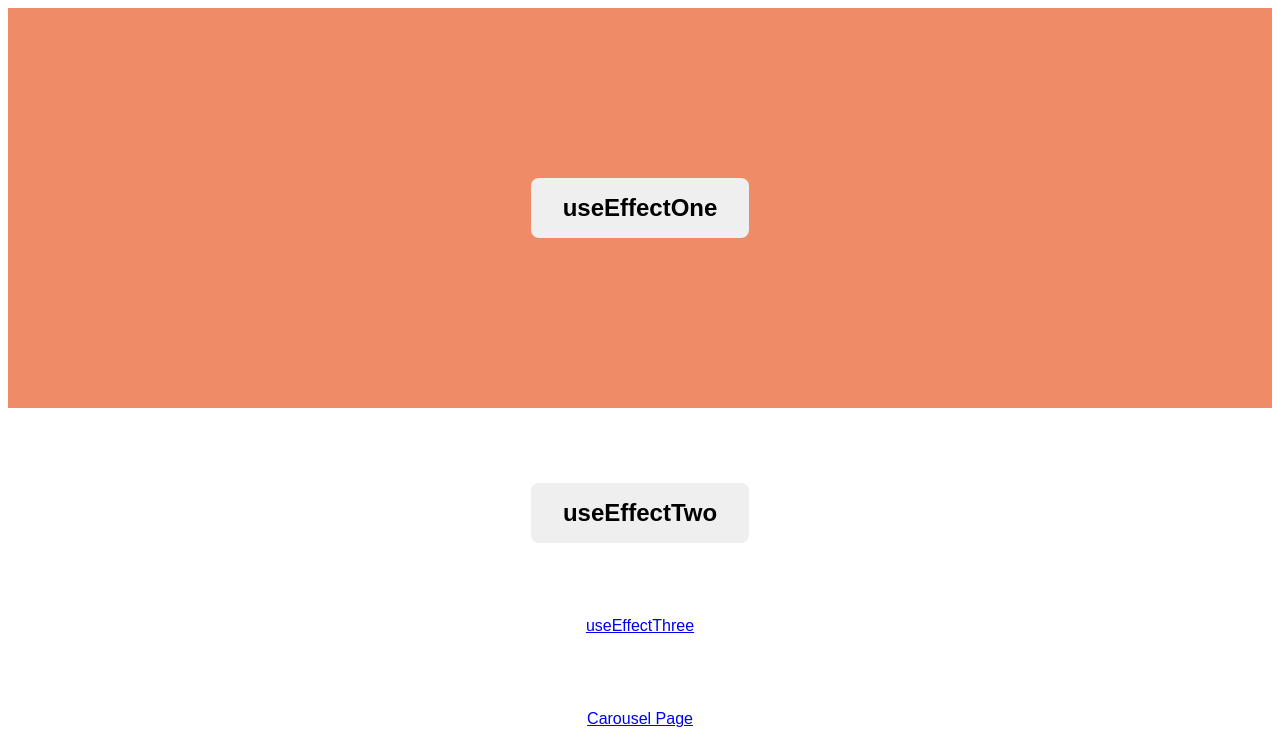
Repository: giovanabirck/class8
Page: /
These files come from the project's save history. The page is drawn as it stood at one moment and after a run of saves; the edit follows.
The browser window is 1280 px wide. The pictures show the whole page.
The project was rebuilt for these pictures with package versions that can differ from the ones it lists, and the page was loaded fresh each time. The framework's server and built-in components were replaced by stand-ins that run in the browser. Also part of the build but not shown: next.config.js.

Above is the page before, as saved 2023-02-23 17:54:52.

After the next 2 saves:
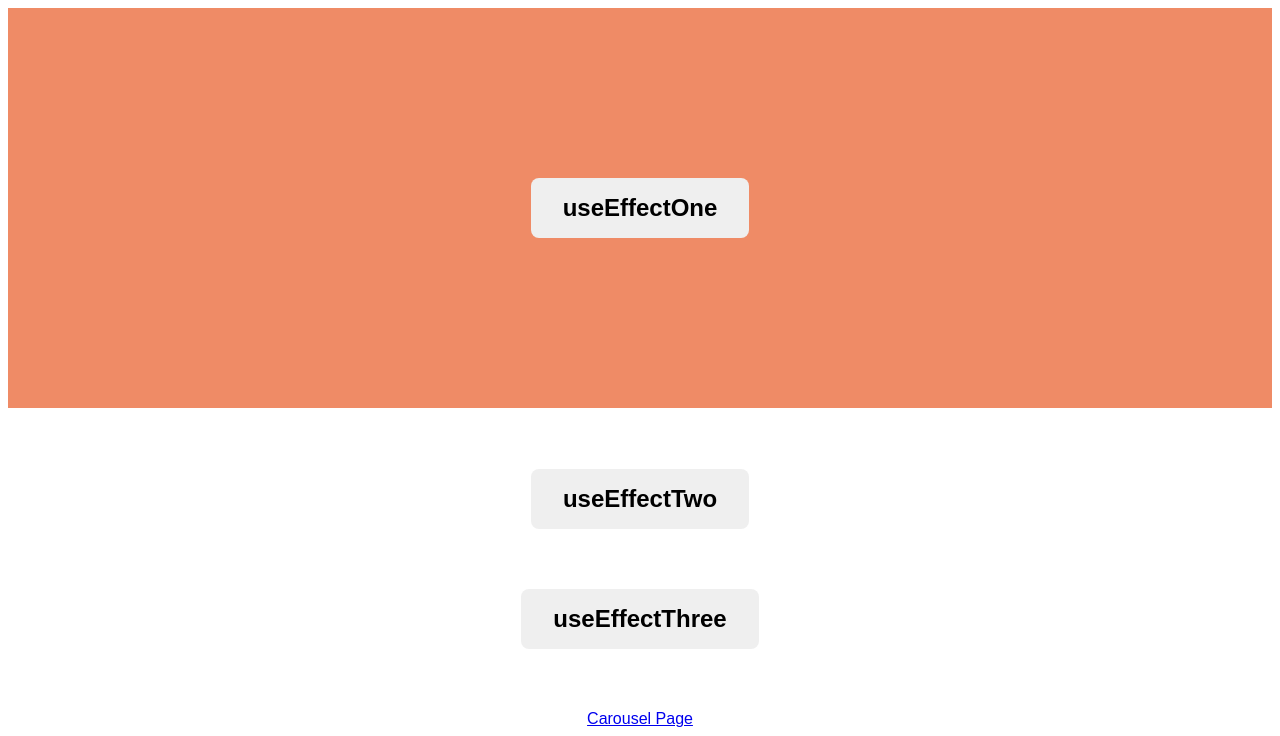
The 2 saves are shown as one change because they came seconds apart.
The last was saved 15 s later.
--- a/pages/index.js
+++ b/pages/index.js
@@ -24,7 +24,9 @@ export default function Home() {
           </Link>
         </div>
         <div className={styles.effect_three}>
-          <Link href="/useEffectThree">useEffectThree</Link>
+          <Link href="/useEffectThree">
+          <button className={styles.btn}>useEffectThree</button>
+          </Link>
         </div>
         <div className={styles.carousel}>
           <Link href="/carouselPage">Carousel Page</Link>
